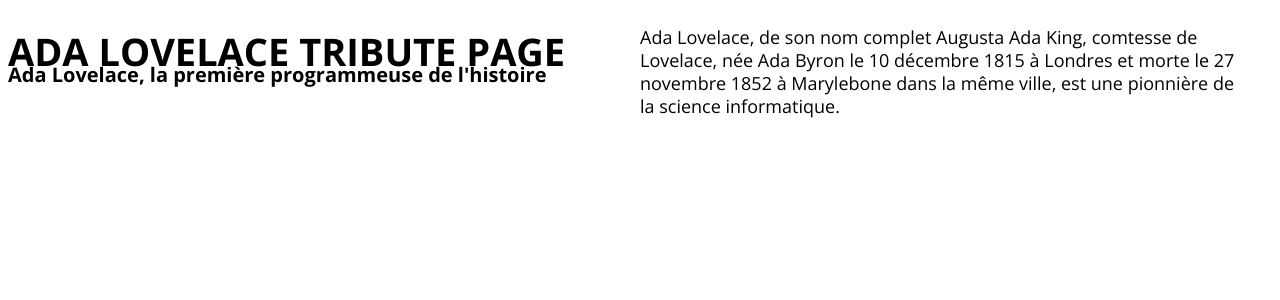
Repository: b3no1t/integration-training
Page: onepage-adalovelace/src/index.html
The author's editor kept a copy of each file at every save. The page is drawn from the files as they stood at one save, then again after the next save.
The browser window is 1280 px wide. The pictures show the whole page.

Above is the page before, as saved 2025-01-27 15:16:31.

### onepage-adalovelace/src/index.html
<!DOCTYPE html>
<html lang="en">
<head>
 <meta charset="UTF-8">
 <meta name="viewport" content="width=device-width, initial-scale=1.0">
 <link rel="preconnect" href="https://fonts.googleapis.com">
<link rel="preconnect" href="https://fonts.gstatic.com" crossorigin>
<link href="https://fonts.googleapis.com/css2?family=Open+Sans:ital,wght@0,300..800;1,300..800&display=swap" rel="stylesheet">
<link rel="stylesheet" href="./assets/css/main.css">
 <title>ADA LOVELACE</title>
</head>
<body>

<div class="wrapper">


<header>
 <div class="section-intro">
  <div>
  <h2>
   ADA LOVELACE TRIBUTE PAGE
   <span>
    Ada Lovelace, la première programmeuse de l'histoire
   </span>
  </h2>
 </div>
<div>
  <p>
   Ada Lovelace, de son nom complet Augusta Ada King, comtesse de Lovelace, née Ada Byron le 10 décembre 1815 à Londres et morte le 27 novembre 1852 à Marylebone dans la même ville, est une pionnière de la science informatique.
  </p>
 </div>
 </div>
</header>
<main>
 <section class="intro">
  <h2></h2>
  <div class="container">
   <p></p>
   <img src="" alt="">
  </div>
 </section>
 <section class="gallery">
  <!-- 4 imageshorizontale -->
 </section>
 <section>
  <!-- une image pleine largeur en fond avec du texte par dessus -->
 </section>
 <section>
  <h2></h2>
  <p></p>
 </section>
 <section>
  <h2></h2>
  <p></p>
 </section>
</main>
<footer>
 <img src="" alt="">
</footer>

</body>
</html>

### onepage-adalovelace/src/assets/css/main.css
/*
* ADA Style
*/



.wrapper{
 max-width: 1300px;
 width: 100%;
 margin-inline: auto
}



/* layout*/
.full-width {
  width: 100%;
  margin: 0;
  background-image: url(../../assets/img/ada-illu2.png);
  background-size: cover;
  display: flex;
  justify-content: flex-end;
}
.full-width .content {
  width: 50%;
  padding-left: 1rem;
}
main > * + * {
 margin-top: 2em;
 border: 1px soid red;
}
.section-intro{
 display: flex;
 justify-content: space-between;
 & div{
  width: 50%;
 }
 & p{
  font-size: 18px;
  line-height: 23px;
 }
 & h2{
  font-size: 38px;
  display: block;
 }
 & span{
  display: block;
   font-size: 20px;
 }
}

/*content*/
* {
  font-family: "open sans", -apple-system, BlinkMacSystemFont, "Segoe UI",
    Roboto, Oxygen, Ubuntu, Cantarell, "Open Sans", "Helvetica Neue", sans-serif;
}
.content {
  font-size: 26px;
  line-height: 42px;
  font-weight: 600;
}
h1 {
  font-size: 4rem;
  font-weight: 900;
}
h2{
 font-size: 2rem;
 line-height: 23px;
}
p{
 font-size: 1.2rem;
}

After the next save:
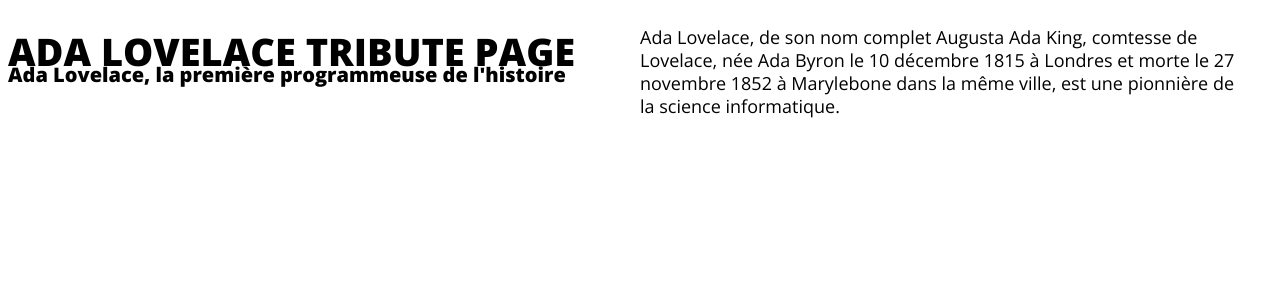
Saved 65 s later.
--- a/onepage-adalovelace/src/assets/css/main.css
+++ b/onepage-adalovelace/src/assets/css/main.css
@@ -21,10 +21,7 @@
   display: flex;
   justify-content: flex-end;
 }
-.full-width .content {
-  width: 50%;
-  padding-left: 1rem;
-}
+
 main > * + * {
  margin-top: 2em;
  border: 1px soid red;
@@ -42,6 +39,7 @@
  & h2{
   font-size: 38px;
   display: block;
+  font-weight: 900;
  }
  & span{
   display: block;
